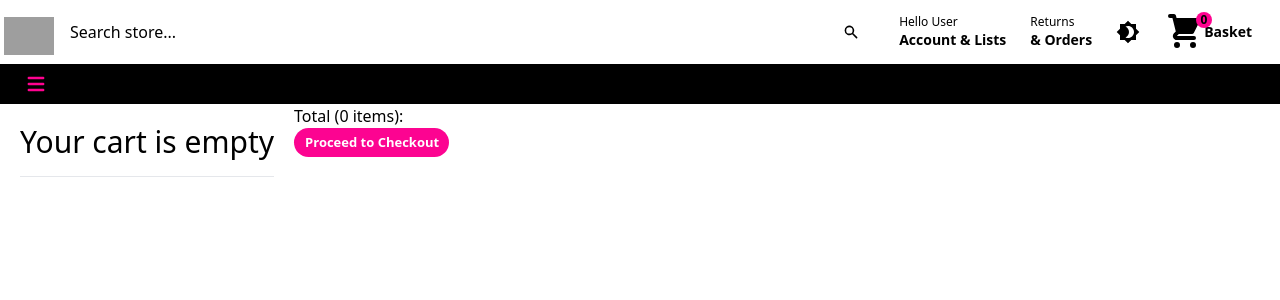
Repository: MarkusDavis/markus-davis-store
Page: /checkout
These files come from the project's save history. The page is drawn as it stood at one moment and after the next save; the edit follows.
The browser window is 1280 px wide. The pictures show the whole page.
Pictures or frames that could not be fetched are drawn as grey boxes. The page's requests for data from a server got no answer. The project was rebuilt for these pictures with package versions that can differ from the ones it lists, and the page was loaded fresh each time. The framework's server and built-in components were replaced by stand-ins that run in the browser. No one was signed in, and anything a server would have sent is missing. Also part of the build but not shown: next.config.js, src/components/CheckoutProduct.js.

Above is the page before, as saved 2022-10-11 02:28:46.

### src/pages/_app.js
import { ThemeProvider } from "next-themes";
import { Provider } from "react-redux";
import { store } from "../app/store";
import "../styles/globals.css";
import { SessionProvider } from "next-auth/react";

function MyApp({ Component, pageProps: { session, ...pageProps } }) {
  return (
    <SessionProvider session={session}>
      <ThemeProvider
        forcedTheme={Component.theme || undefined}
        attribute="class"
      >
        <Provider store={store}>
          <Component {...pageProps} />
        </Provider>
      </ThemeProvider>
    </SessionProvider>
  );
}

export default MyApp;

### src/pages/checkout.js
import { useSession } from "next-auth/react";
import Image from "next/image";
import React from "react";
import { useSelector } from "react-redux";
import CheckoutProduct from "../components/CheckoutProduct";
import Header from "../components/Header";
import { selectItems } from "../slices/basketSlice";

function checkout() {
  const items = useSelector(selectItems);
  const session = useSession();
  return (
    <div className="">
      <Header />

      <main className="lg:flex max-w-screen-2xl mx-auto">
        <div className="flex flex-col p-5 space-y-10">
          <h1 className="text-3xl border-b pb-4">
            {items.length === 0 ? "Your cart is empty" : "Your Shopping Cart"}
          </h1>
          {items.map((item, i) => (
            <CheckoutProduct
              key={i}
              id={item.id}
              title={item.title}
              rating={item.rating}
              price={item.price}
              description={item.description}
              category={item.category}
              image={item.image}
              hasPlus={item.hasPlus}
            />
          ))}
        </div>
        <div className="">
          <h2 className="whitespace-nowrap">
            Total ({items.length} items):
            <span className="font-bold">
              {/* <Currency quantity={price} currency="USD" /> */}
            </span>
          </h2>
          <button className="button">
            {!session ? "Sign in to Continue" : "Proceed to Checkout"}
          </button>
        </div>
      </main>
    </div>
  );
}

export default checkout;

### src/styles/globals.css
@tailwind base;
@tailwind components;
@tailwind utilities;

@layer components {
  .link {
    @apply cursor-pointer hover:underline hover:text-primary;
  }
  .button {
    background-color: #fc0491;
    padding: 2px;
    border-radius: 30px;
    font-weight: 700;
    justify-content: center;
    align-items: center;
    font-size: inherit;
    color: #fff;
    cursor: pointer;
    border: 0;
    display: block;
    font-size: 13px;
    line-height: 29px;
    margin: 0;
    outline: 0;
    padding: 0 10px 0 11px;
    text-align: center;
    white-space: nowrap;
  }
  .button:hover {
    opacity: 0.8;
  }
}

### src/components/Header.js
import React from "react";
import { signIn, signOut, useSession } from "next-auth/react";
import Image from "next/image";
import Brightness4Icon from "@material-ui/icons/Brightness4";
import { MenuIcon, ShoppingCartIcon, SearchIcon } from "@heroicons/react/solid";
import { useTheme } from "next-themes";
import { useRouter } from "next/router";
function Header() {
  const { theme, setTheme } = useTheme();
  const router = useRouter();
  return (
    <header className="sticky top-0 z-50">
      <div className="flex items-center p-1 flex-grow py-2 bg-light-primary dark:bg-dark-secondary">
        <div className="mt-2 flex items-center flex-grow sm:flex-grow-0">
          <Image
            onClick={() => router.push("/")}
            src="https://firebasestorage.googleapis.com/v0/b/markusdavisstore.appspot.com/o/logo.png?alt=media&token=0af606cd-bb13-4314-b5bf-a095e056261e"
            width={50}
            height={40}
            objectFit="contain"
            className="cursor-pointer"
          />
        </div>
        <div className="hidden sm:flex items-center h-10 rounded-md flex-grow cursor-pointer hover:bg-light-secondary dark:hover:bg-dark-primary">
          <input
            className="p-2 h-full w-6 flex-grow flex-shrink rounded-l-md focus:outline-none px-4 bg-transparent dark:text-white dark:placeholder:text-white placeholder:text-black"
            type="text"
            placeholder="Search store..."
          />
          <SearchIcon className="h-12 p-4 dark:text-white" />
        </div>
        <div className="flex items-center text-xs space-x-6 mx-6 whitespace-nowrap">
          <div onClick={signIn} className="link">
            <p className="">Hello User</p>
            <p className="font-extrabold md:text-sm">Account & Lists</p>
          </div>
          <div className="link">
            <p className="">Returns</p>
            <p className="font-extrabold md:text-sm">& Orders</p>
          </div>
          <Brightness4Icon
            className="cursor-pointer hover:text-primary border border-none rounded-full"
            onClick={() => {
              setTheme(theme === "light" ? "dark" : "light");
            }}
          />
          <div
            onClick={() => router.push("/checkout")}
            className="relative link flex items-center"
          >
            <span className="absolute top-0 right-0 md:right-10 h-4 w-4 bg-primary text-center rounded-full font-bold dark:text-white">
              0
            </span>
            <ShoppingCartIcon className="h-10 dark:text-white" />
            <p className="hidden md:inline font-extrabold text-sm">Basket</p>
          </div>
        </div>
      </div>
      <div className="flex items-center space-x-3 p-2 pl-6 bg-dark-primary text-sm">
        <p className="link flex items-center">
          <MenuIcon className="h-6 mr-1 text-primary" />
          All
        </p>
        <p className="link">Gaming</p>
        <p className="link">Business</p>
        <p className="link">Clothing</p>
        <p className="link hidden lg:inline-flex">Electronics</p>
        <p className="link hidden lg:inline-flex">Food & Grocery</p>
        <p className="link hidden lg:inline-flex">Plus</p>
        <p className="link hidden lg:inline-flex">Buy Again</p>
        <p className="link hidden lg:inline-flex">Shopper Toolkit</p>
        <p className="link hidden lg:inline-flex">Health & Personal Care</p>
      </div>
    </header>
  );
}

export default Header;

### src/slices/basketSlice.js
import { createSlice } from "@reduxjs/toolkit";

const initialState = {
  items: [],
};

export const basketSlice = createSlice({
  name: "basket",
  initialState,
  reducers: {
    addToBasket: (state, action) => {
      state.items = [...state.items, action.payload];
    },
    removeFromBasket: (state, action) => {
      const index = state.items.findIndex(
        (basketItem) => basketItem.id === action.payload.id
      );
      let newBasket = [...state.items];
      if (index >= 0) {
        newBasket.splice(index, 1);
      } else {
        console.warn(
          `Can't remove product (id: ${action.payload.id}). Product not in cart`
        );
      }
      state.items = newBasket;
    },
  },
});

export const { addToBasket, removeFromBasket } = basketSlice.actions;

// Selectors - This is how we pull information from the Global store slice
export const selectItems = (state) => state.basket.items;
export const selectTotal = (state) =>
  state.basket.items.reduce((total, item) => total + item.price, 0);

export default basketSlice.reducer;

### tailwind.config.js
module.exports = {
  mode: "jit",
  purge: [
    "./src/pages/**/*.{js,ts,jsx,tsx}",
    "./src/components/**/*.{js,ts,jsx,tsx}"
  ],
  darkMode: "class",
  theme: {
    extend: {
      colors: {
       primary: "#ff0390",
       secondary: "#d3d3d3",

        light: {
          primary: "#fff",
          secondary: "#d3d3d3"
        },
        dark: {
          primary: "#000",
          secondary: "#323232"
        }
      }
    }
  },
  variants: {
    extend: {}
  },
  plugins: [require("@tailwindcss/line-clamp")]
};

Loaded but not shown: src/app/store.js (common file)

After the next save:
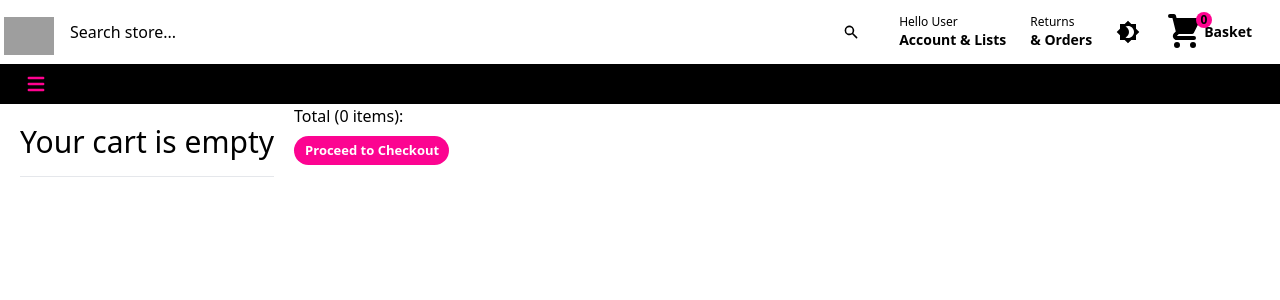
Saved 5 min 47 s later.
--- a/src/pages/checkout.js
+++ b/src/pages/checkout.js
@@ -4,10 +4,11 @@ import React from "react";
 import { useSelector } from "react-redux";
 import CheckoutProduct from "../components/CheckoutProduct";
 import Header from "../components/Header";
-import { selectItems } from "../slices/basketSlice";
+import { selectItems, selectTotal } from "../slices/basketSlice";
 
 function checkout() {
   const items = useSelector(selectItems);
+  const total = useSelector(selectTotal);
   const session = useSession();
   return (
     <div className="">
@@ -39,7 +40,7 @@ function checkout() {
               {/* <Currency quantity={price} currency="USD" /> */}
             </span>
           </h2>
-          <button className="button">
+          <button className="button mt-2">
             {!session ? "Sign in to Continue" : "Proceed to Checkout"}
           </button>
         </div>
